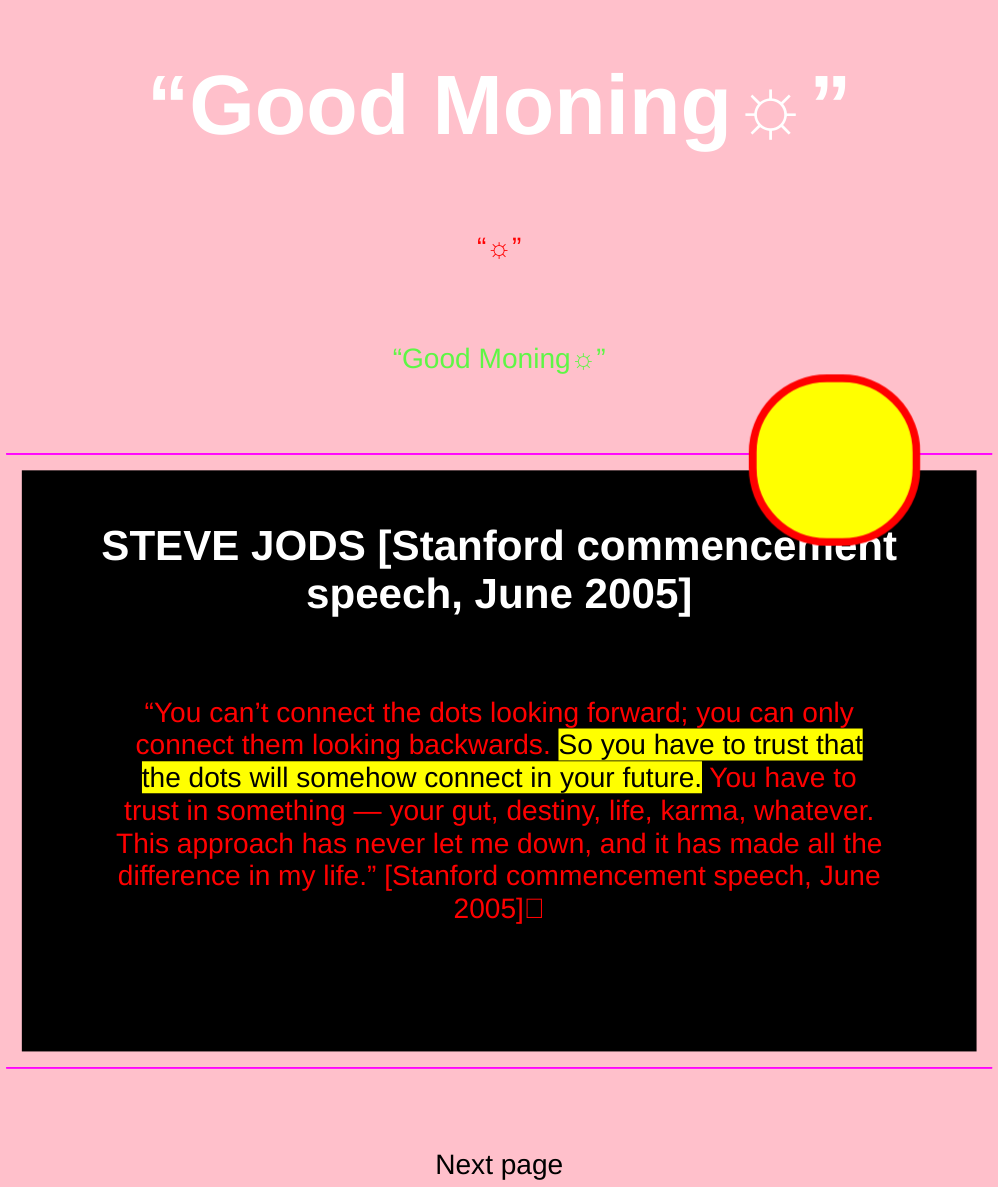
Repository: jangj879/jangj879.github.io
Page: 1_page.html
The author's editor kept a record of every edit. The page is drawn from the files as they stood at one moment, then again after the next edit.
The browser window is 1280 px wide. The pictures show the whole page, at 78% of full size.

Above is the page before.

After the next edit:
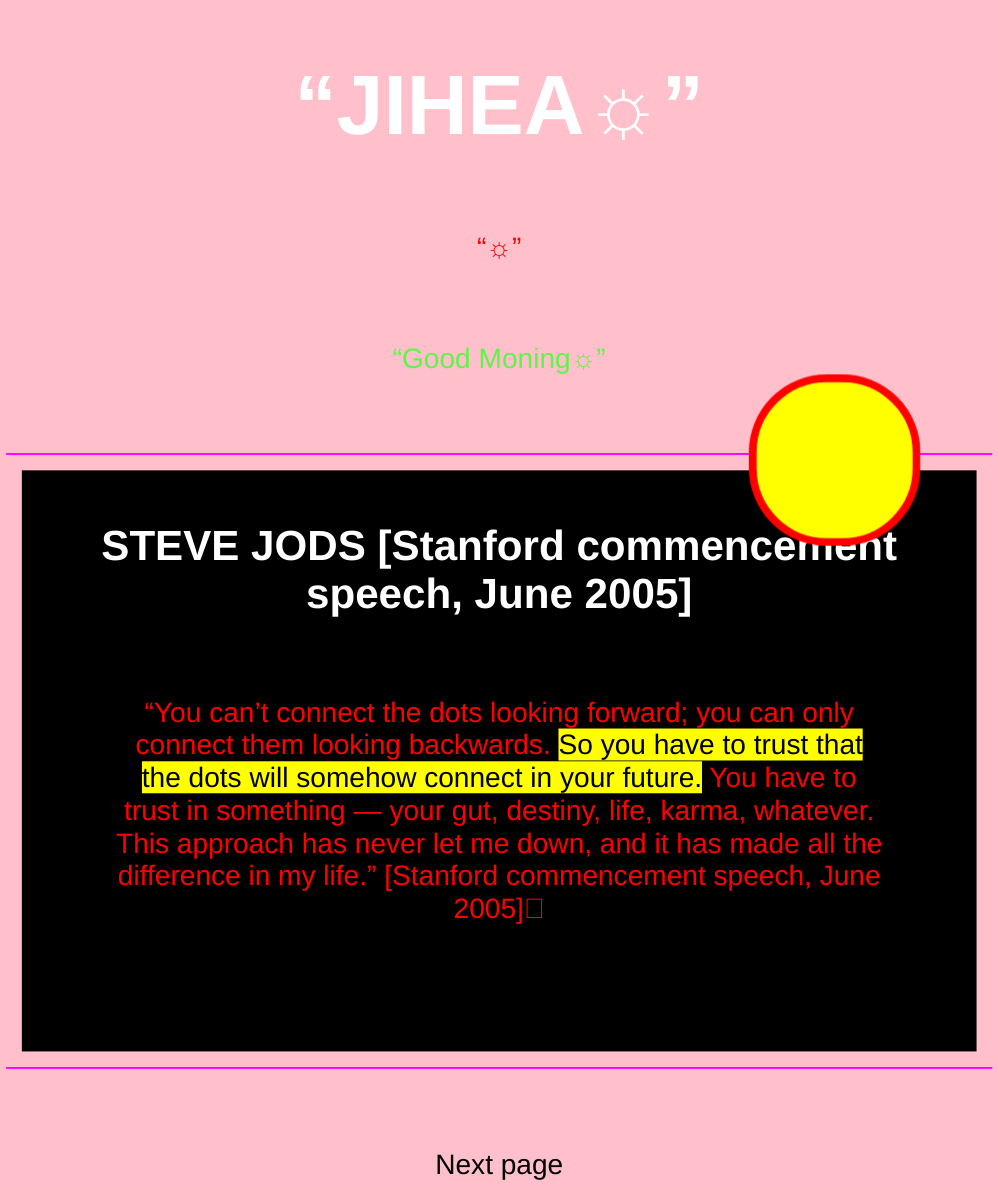
The edit:
--- a/1_page.html
+++ b/1_page.html
@@ -25,7 +25,7 @@
 comment */
 </style>
 
-<h1 style="font-size:300%">&#8220;Good Moning&#9788;&#8221;</h1>
+<h1 style="font-size:300%">&#8220;JIHEA&#9788;&#8221;</h1>
     <p style="font-size:160%"></p>
     <p>&#8220;&#9788;&#8221;</p>
 
